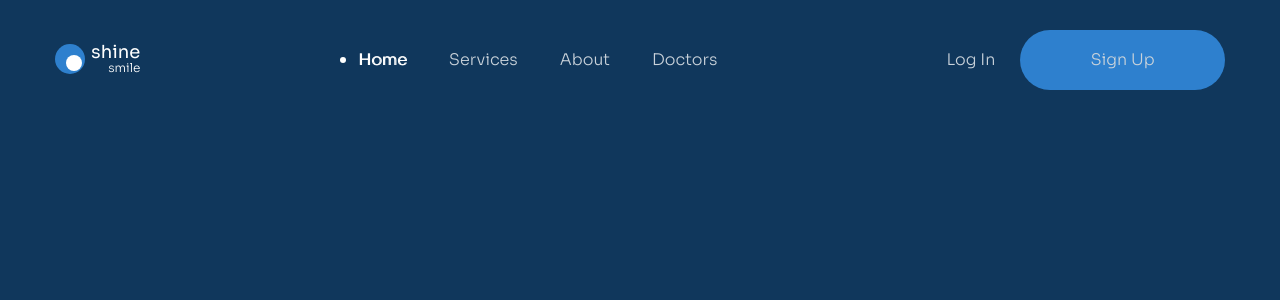
Repository: anhtien111198/f8-htmlcss-03
Page: index.html
An editor plug-in stored every save of this project. The page is shown before and after the next save, followed by the edit.
The browser window is 1280 px wide. The pictures show the whole page.

Above is the page before, as saved 2023-05-12 10:31:27.

### index.html
<!DOCTYPE html>
<html lang="en">
    <head>
        <meta charset="UTF-8" />
        <meta http-equiv="X-UA-Compatible" content="IE=edge" />
        <meta name="viewport" content="width=device-width, initial-scale=1.0" />
        <title>shine smile</title>
        <!-- favicon -->
        <link
            rel="apple-touch-icon"
            sizes="57x57"
            href="./assets/favicon/apple-icon-57x57.png"
        />
        <link
            rel="apple-touch-icon"
            sizes="60x60"
            href="./assets/favicon/apple-icon-60x60.png"
        />
        <link
            rel="apple-touch-icon"
            sizes="72x72"
            href="./assets/favicon/apple-icon-72x72.png"
        />
        <link
            rel="apple-touch-icon"
            sizes="76x76"
            href="./assets/favicon/apple-icon-76x76.png"
        />
        <link
            rel="apple-touch-icon"
            sizes="114x114"
            href="./assets/favicon/apple-icon-114x114.png"
        />
        <link
            rel="apple-touch-icon"
            sizes="120x120"
            href="./assets/favicon/apple-icon-120x120.png"
        />
        <link
            rel="apple-touch-icon"
            sizes="144x144"
            href="./assets/favicon/apple-icon-144x144.png"
        />
        <link
            rel="apple-touch-icon"
            sizes="152x152"
            href="./assets/favicon/apple-icon-152x152.png"
        />
        <link
            rel="apple-touch-icon"
            sizes="180x180"
            href="./assets/favicon/apple-icon-180x180.png"
        />
        <link
            rel="icon"
            type="image/png"
            sizes="192x192"
            href="./assets/favicon/android-icon-192x192.png"
        />
        <link
            rel="icon"
            type="image/png"
            sizes="32x32"
            href="./assets/favicon/favicon-32x32.png"
        />
        <link
            rel="icon"
            type="image/png"
            sizes="96x96"
            href="./assets/favicon/favicon-96x96.png"
        />
        <link
            rel="icon"
            type="image/png"
            sizes="16x16"
            href="./assets/favicon/favicon-16x16.png"
        />
        <link rel="manifest" href="./assets/favicon/manifest.json" />
        <meta name="msapplication-TileColor" content="#ffffff" />
        <meta
            name="msapplication-TileImage"
            content="./assets/favicon/ms-icon-144x144.png"
        />
        <meta name="theme-color" content="#ffffff" />
        <!-- font -->
        <link rel="preconnect" href="https://fonts.googleapis.com" />
        <link rel="preconnect" href="https://fonts.gstatic.com" crossorigin />
        <link
            href="https://fonts.googleapis.com/css2?family=Sora:wght@200;300;400;500;600;700;800&display=swap"
            rel="stylesheet"
        />
        <!-- reset css -->
        <link rel="stylesheet" href="./assets/css/reset.css" />
        <!-- style css -->
        <link rel="stylesheet" href="./assets/css/style.css" />
    </head>
    <body>
        <header class="header">
            <div class="container">
                <div class="header-top">
                    <!-- logo -->
                    <a href="/">
                        <div class="logo">
                            <span class="logo__circle"></span>
                            <span class="logo__text">
                                <span class="logo__brand">shine</span>
                                <span class="logo__brand logo__brand--small">
                                    smile
                                </span>
                            </span>
                        </div>
                    </a>
                    <!-- navbar -->
                    <nav class="navbar">
                        <ul class="navbar__list">
                            <li class="navbar__item">
                                <a
                                    href="#!"
                                    class="navbar__link navbar__link--active"
                                >
                                    Home
                                </a>
                            </li>
                            <li class="navbar__item">
                                <a href="#!" class="navbar__link">Services</a>
                            </li>
                            <li class="navbar__item">
                                <a href="#!" class="navbar__link">About</a>
                            </li>
                            <li class="navbar__item">
                                <a href="#!" class="navbar__link">Doctors</a>
                            </li>
                        </ul>
                    </nav>
                    <!-- action -->
                    <div class="action">
                        <a href="#!" class="action__btn">Log In</a>
                        <a href="#!" class="btn action__btn">Sign Up</a>
                    </div>
                </div>
            </div>
        </header>
    </body>
</html>

### assets/css/style.css
* {
    box-sizing: border-box;
}
:root {
    --header-bg: #10375c;
}
html {
    font-size: 62.5%;
}
body {
    font-size: 1.6rem;
    font-family: "Sora", sans-serif;
}
/* ======Common========= */
a {
    text-decoration: none;
}
.container {
    width: 1170px;
    max-width: calc(100% - 48px);
    margin: 0 auto;
}
.btn {
    display: inline-block;
    min-width: 205px;
    height: 60px;
    padding: 0 20px;
    border-radius: 99px;
    font-size: 1.6rem;
    font-weight: 400;
    line-height: 52px;
    color: #fff;
    text-align: center;
    background: #2e80ce;
}
/* ========header============= */
.header {
    min-height: 100vh;
    padding-top: 30px;
    background: var(--header-bg);
}
.logo {
    position: relative;
    display: inline-flex;
    font-size: 1rem;
}
.logo__circle::after,
.logo__circle::before {
    content: "";
    display: inline-block;
    border-radius: 50%;
}
.logo__circle::before {
    width: 3em;
    height: 3em;
    background: #2e80ce;
}
.logo__circle::after {
    position: absolute;
    top: 1.1em;
    left: 1.1em;
    width: 1.6em;
    height: 1.6em;
    background: #ffffff;
}
.logo__text {
    margin-left: 0.6em;
    text-align: right;
    line-height: 1.6em;
}
.logo__brand {
    display: block;
    font-size: 1.8em;
    font-weight: 400;
    color: #ffffff;
}
.logo__brand--small {
    font-size: 1.2em;
    font-weight: 300;
}
/* ========Header top========== */
.header-top {
    display: flex;
    align-items: center;
    justify-content: space-between;
}
.navbar__list {
    display: flex;
}
.action__btn,
.navbar__link {
    padding: 4px 21px;
    font-weight: 300;
    font-size: 1.6rem;
    color: #c9d2da;
}
.navbar__link:hover,
.navbar__link--active {
    color: #fff;
    text-shadow: 1px 0 0 currentColor;
}
.navbar__link--active::before {
    position: relative;
    top: -2px;
    left: -8px;
    content: "";
    display: inline-block;
    width: 6px;
    height: 6px;
    border-radius: 50%;
    background: #fff;
}

Loaded but not shown: assets/css/reset.css (common file)

After the next save:
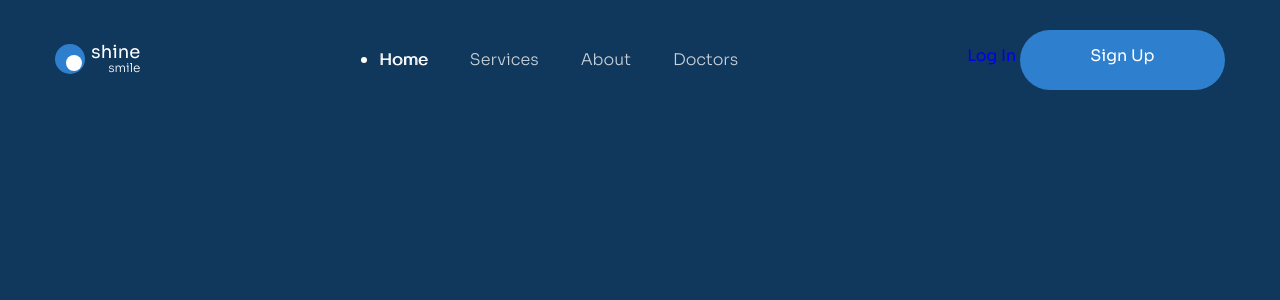
Saved 80 s later.
--- a/index.html
+++ b/index.html
@@ -134,8 +134,8 @@
                     </nav>
                     <!-- action -->
                     <div class="action">
-                        <a href="#!" class="action__btn">Log In</a>
-                        <a href="#!" class="btn action__btn">Sign Up</a>
+                        <a href="#!" class="action__login">Log In</a>
+                        <a href="#!" class="btn action__signup">Sign Up</a>
                     </div>
                 </div>
             </div>
